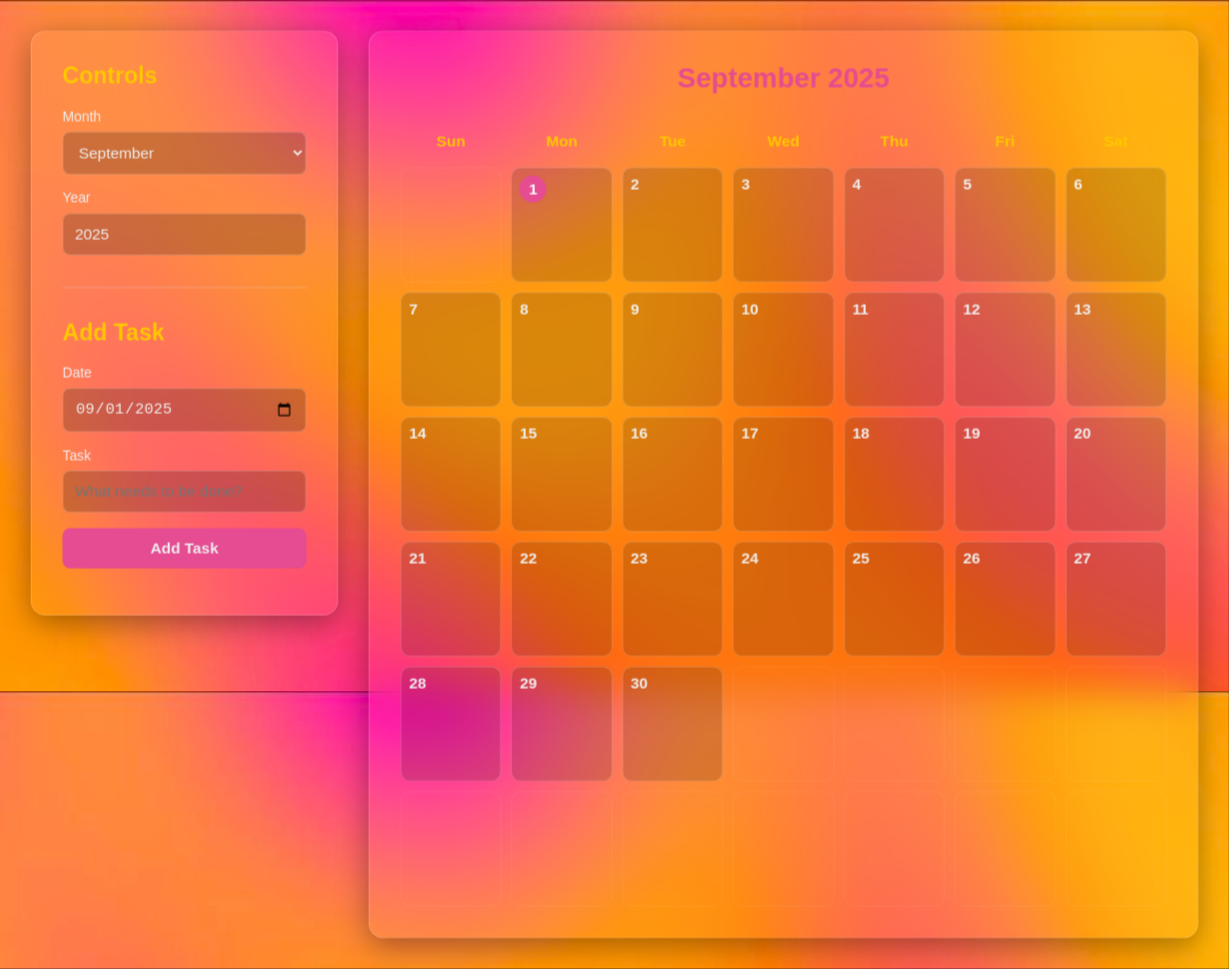
Repository: TanujaNair03/ToDo
Page: static/index.html
These files come from the project's save history. The page is drawn as it stood at one moment and after the next save; the edit follows.
The browser window is 1280 px wide. The pictures show the whole page, at 96% of full size.
The page's requests for data from a server got no answer. Backgrounds fixed to the window are drawn as part of the page.

Above is the page before, as saved 2025-09-01 15:50:25.

After the next save:
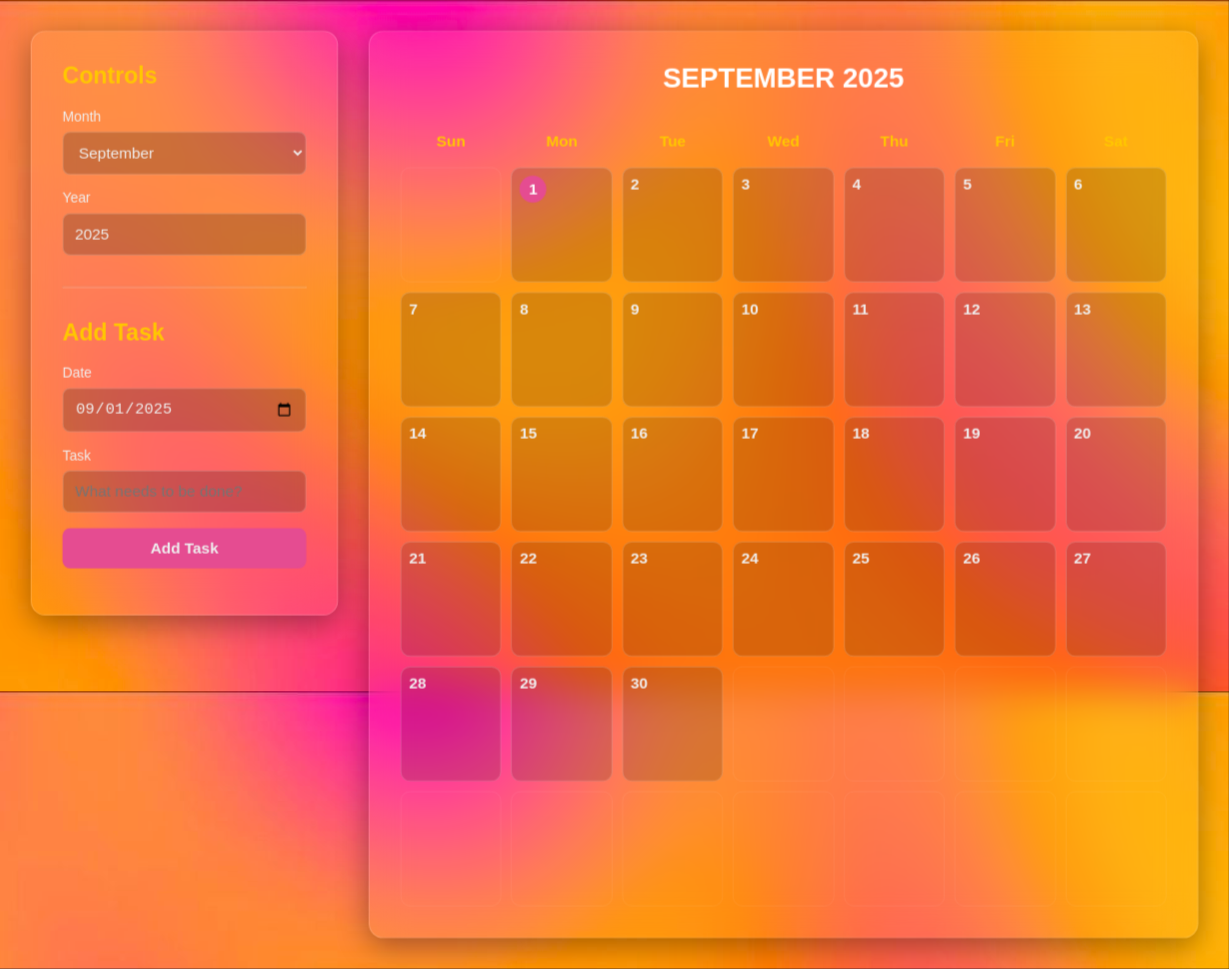
Saved 115 s later.
--- a/static/index.html
+++ b/static/index.html
@@ -77,8 +77,9 @@
         .calendar-header h1 {
             font-size: 1.8rem;
             font-weight: bold;
-            color: var(--accent-primary);
+            color: #ffffff; /* Change the color to white */
             margin: 0;
+            text-transform: uppercase; /* Converts the text to uppercase */
         }
         .calendar-grid { display: grid; grid-template-columns: repeat(7, 1fr); gap: 10px; width: 100%; margin-top: 2rem; }
         .day-header { text-align: center; font-weight: bold; color: var(--accent-secondary); padding: 0.5rem 0; }
